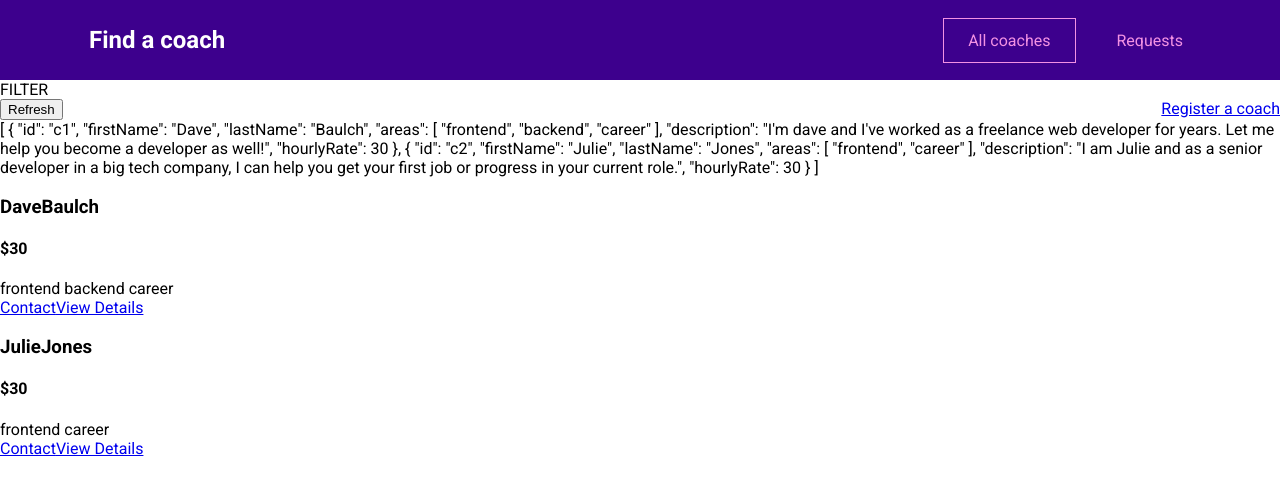
Repository: DaveBaulch/vue-course-find-a-coach
Page: /
The author's editor kept a copy of each file at every save. The page is drawn from the files as they stood at one save, then again after the next save.
The browser window is 1280 px wide. The pictures show the whole page.
The project was rebuilt for these pictures with package versions that can differ from the ones it lists, and the page was loaded fresh each time. Also part of the build but not shown: src/pages/coaches/CoachDetail.vue, src/pages/coaches/CoachRegistration.vue, src/pages/requests/ContactCoach.vue, src/pages/requests/RequestsReceived.vue. Imported but missing from the stored project, and not drawn on this page: src/pages/NotFound.vue.

Above is the page before, as saved 2021-01-23 14:57:09.

After the next save:
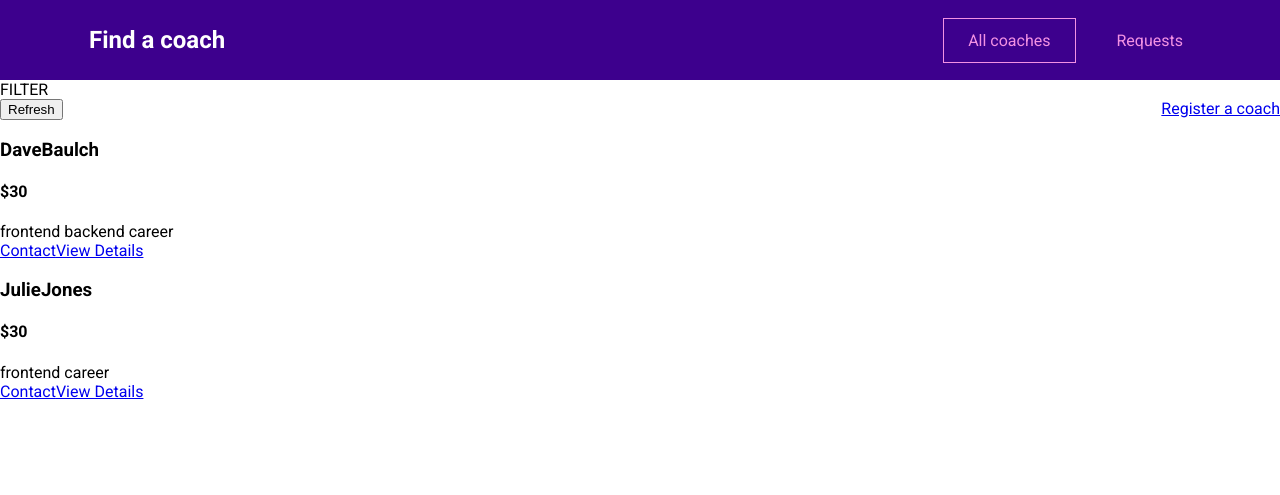
Saved 6 s later.
--- a/src/pages/coaches/CoachesList.vue
+++ b/src/pages/coaches/CoachesList.vue
@@ -8,7 +8,6 @@
       <button>Refresh</button>
       <router-link to="/register">Register a coach</router-link>
     </div>
-    {{  filteredCoaches}}
     <ul v-if="hasCoaches">
       <coach-item
       v-for="coach in filteredCoaches"
